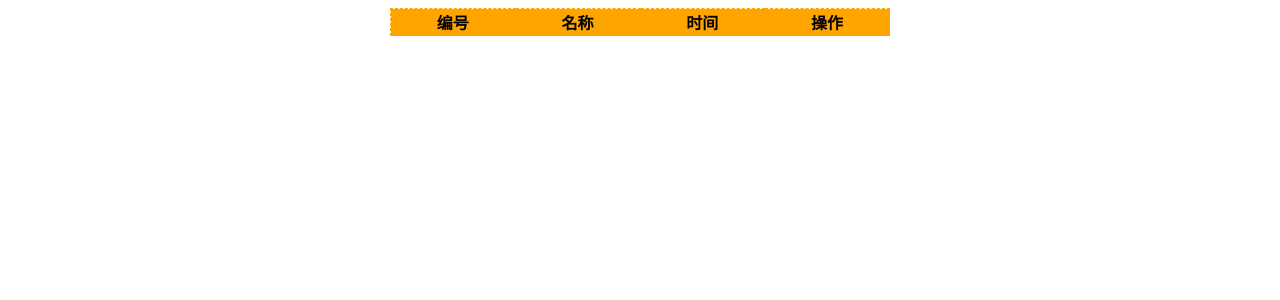
Repository: wjiawei97/FrontEndExercises
Page: 8. book_manegement/index.html
The author's editor kept a copy of each file at every save. The page is drawn from the files as they stood at one save, then again after the next save.
The browser window is 1280 px wide. The pictures show the whole page.

Above is the page before, as saved 2021-08-22 12:11:15.

### 8. book_manegement/index.html
<!DOCTYPE html>
<html lang="en">
<head>
    <meta charset="UTF-8">
    <meta http-equiv="X-UA-Compatible" content="IE=edge">
    <meta name="viewport" content="width=device-width, initial-scale=1.0">
    <title>Document</title>
    <style>
        .grid{
            margin: 0 auto;
            width: 500px;
            text-align: center;
        }
        .grid table{
            width: 100%;
            border-collapse: collapse;
        }
        .grid th{
            background-color: orange;
        }
        .grid th,td{
            border: 1px dashed orange;
        }
    </style>
</head>
<body>
    <div id="app">
        <div class="grid">
            <table>
                <thead>
                    <tr>
                        <th>编号</th>
                        <th>名称</th>
                        <th>时间</th>
                        <th>操作</th>
                    </tr>
                </thead>
            </table>
        </div>
    </div>
</body>
</html>

After the next save:
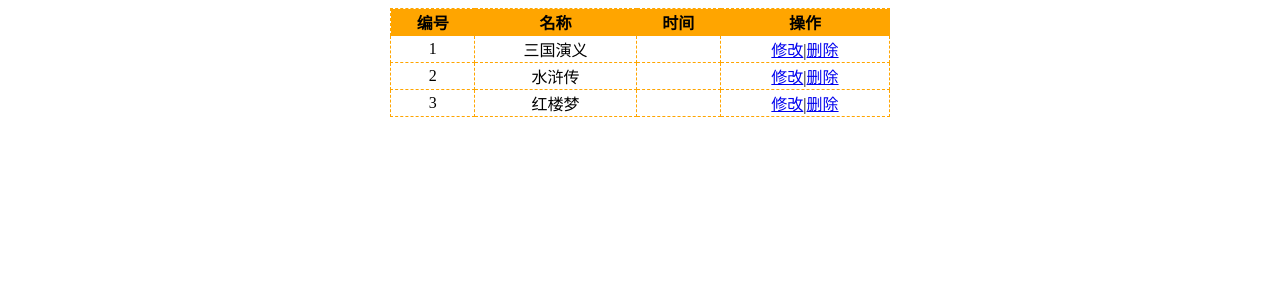
Saved 99 s later.
--- a/8. book_manegement/index.html
+++ b/8. book_manegement/index.html
@@ -35,6 +35,26 @@
                         <th>操作</th>
                     </tr>
                 </thead>
+                <tbody>
+                    <tr>
+                        <td>1</td>
+                        <td>三国演义</td>
+                        <td></td>
+                        <td><a href="#">修改</a>|<a href="#">删除</a></td>
+                    </tr>
+                    <tr>
+                        <td>2</td>
+                        <td>水浒传</td>
+                        <td></td>
+                        <td><a href="#">修改</a>|<a href="#">删除</a></td>
+                    </tr>
+                    <tr>
+                        <td>3</td>
+                        <td>红楼梦</td>
+                        <td></td>
+                        <td><a href="#">修改</a>|<a href="#">删除</a></td>
+                    </tr>
+                </tbody>
             </table>
         </div>
     </div>
